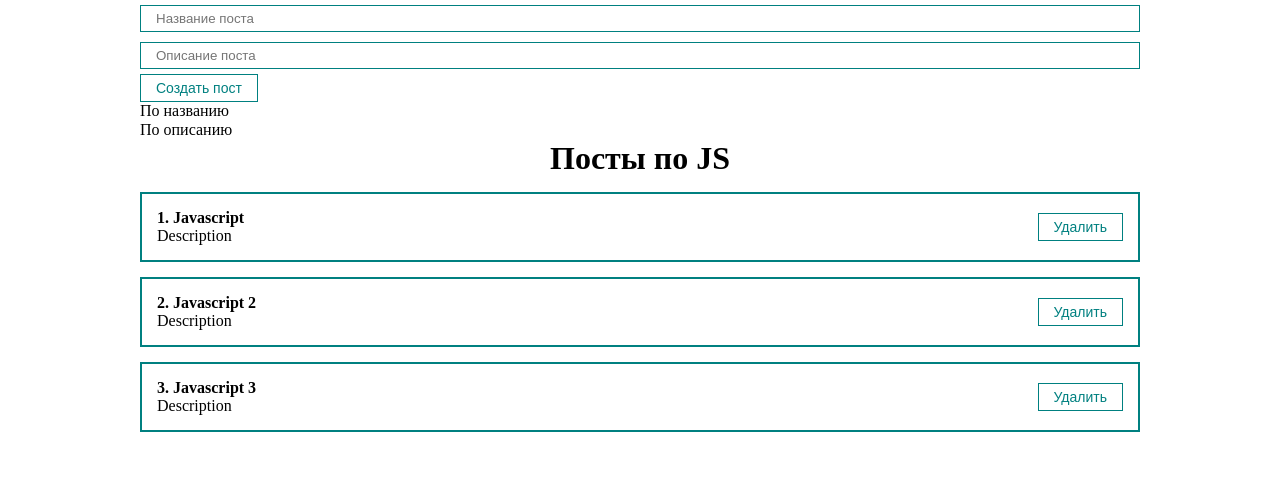
Repository: otvertka/ulb
Page: /
These files come from the project's save history. The page is drawn as it stood at one moment and after a run of saves; the edit follows.
The browser window is 1280 px wide. The pictures show the whole page.
The project was rebuilt for these pictures with package versions that can differ from the ones it lists, and the page was loaded fresh each time. Also part of the build but not shown: src/components/Counter.jsx, src/components/ClassCounter.jsx.

Above is the page before, as saved 2023-06-12 11:21:00.

After the next 2 saves:
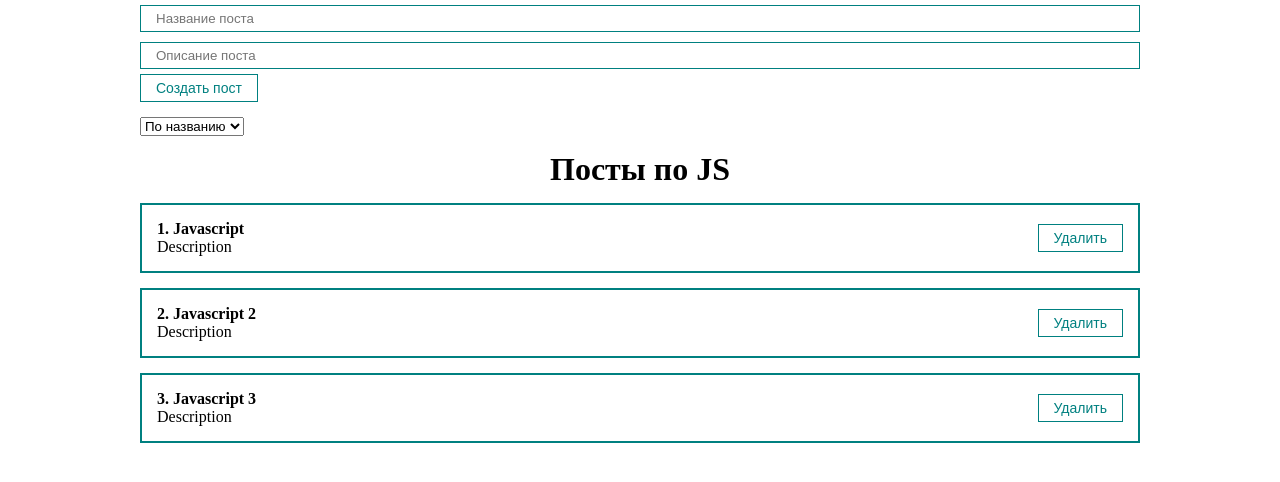
The 2 saves are shown as one change because 1 did not build or start.
The last was saved 41 s later.
--- a/src/App.js
+++ b/src/App.js
@@ -30,10 +30,10 @@ function App() {
       {/* передаём в компонент функцию обратного вызова, чтобы добавить в родительский массив дочерний новый элемент */}
       <PostForm create={createPost} />
       <div>
-        <selec style={{ margin: "15px 0" }}>
+        <select style={{ margin: "15px 0" }}>
           <option value="value1">По названию</option>
           <option value="value2">По описанию</option>
-        </selec>
+        </select>
       </div>
       {posts.length !== 0 ? (
         <PostList remove={removePost} posts={posts} title="Посты по JS" />
